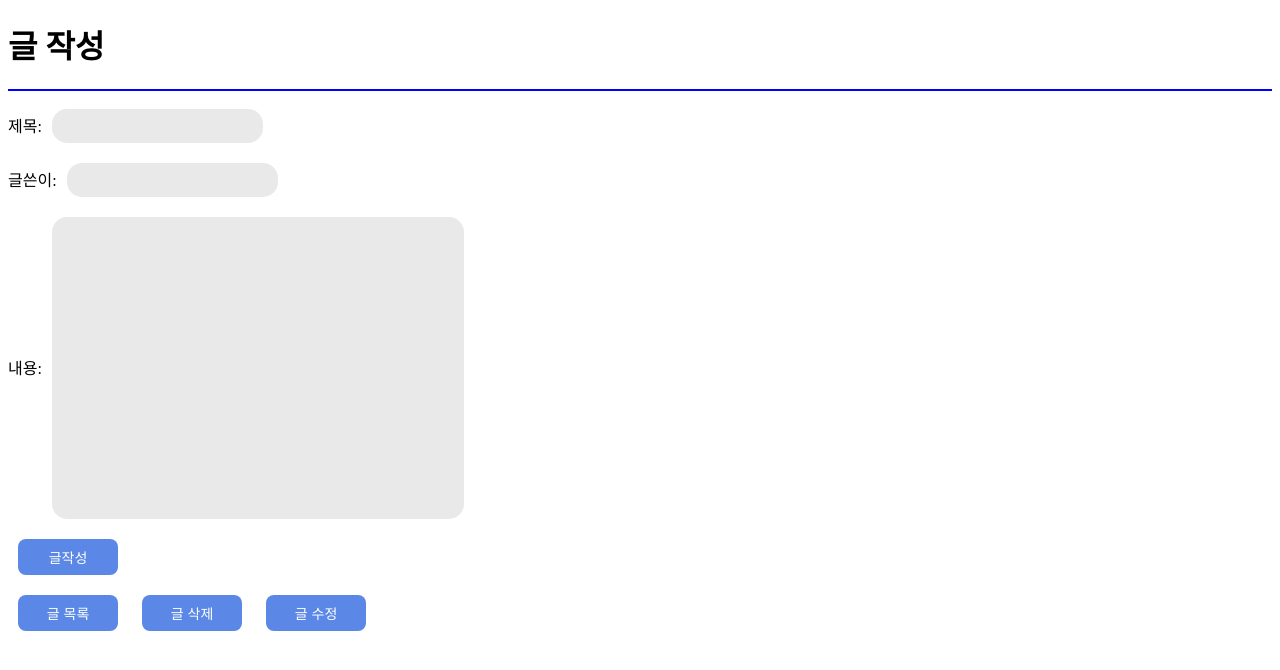
Repository: Yusubin/workEx
Page: test00/src/main/webapp/index.html
The author's editor kept a copy of each file at every save. The page is drawn from the files as they stood at one save, then again after the next save.
The browser window is 1280 px wide. The pictures show the whole page.

Above is the page before, as saved 2022-02-15 09:20:16.

### test00/src/main/webapp/index.html
<!DOCTYPE html>
<html>
	<head>
	<meta charset="UTF-8">
	<title>글쓰기</title>
	<link rel="stylesheet" type="text/css" href="css/style.css">
	<script type="text/javascript">
	   var frm = document.form;
	   function insert(){
	    	var frm = document.form;
	    	if(frm.title.value == ""){
	    		alert('제목을 해주세요.');
	    		return;
	    	}
	    	if(frm.name.value == ""){
	    		alert("작성자 이름을 입력해주세요.");
	    		return;
	    	}
	    	if(frm.content.value == ""){
	    		alert("내용을 입력해주세요.");
	    		return;
	    	}
	    	if(confirm("게시글을 등록 하시겠습니까?")){
	    		frm.submit();
	    	}
	    }

	</script>
	</head>
	<body>
	<h1>글 작성</h1>
	<hr color="blue">
	<form action="create.jsp"  name="form" method="get" >
		제목:<input type="text" name="title"><br>
		글쓴이:<input type="text" name="name"><br>
		내용:<input type="text" name="content" style="width:400px; height:300px"><br>
	</form>
	<button onclick="insert()">글작성</button><br>
	<button onclick="location = 'boardList.jsp';">글 목록</button>
	<button onclick="location = 'deleteForm.html';">글 삭제</button>
	<button onclick="location = 'modifyForm.html';">글 수정</button>

</html>

### test00/src/main/webapp/css/style.css
@charset "UTF-8";

input {

  height: 32px;
  font-size: 15px;
  border: 0;
  border-radius: 15px;
  outline: none;
  padding-left: 10px;
  background-color: rgb(233, 233, 233);
  margin:10px;
}

.container {width:100%;}

.section {
	width:900px;
	margin:0 auto;
}

.bluetop {
	border-collapse: collapse;
	border-top: 3px solid #168;
	width:100%;
}
.bluetop th {
  color: #168;
  background: #f0f6f9;
}
.bluetop th, .bluetop td {
  padding: 10px;
  border: 1px solid #ddd;
}
.bluetop th:first-child, .bluetop td:first-child {
  border-left: 0;
}
.bluetop th:last-child, .bluetop td:last-child {
  border-right: 0;
}

#btn, button{cursor:pointer; width:100px; border:0; border-radius:8px; background:#5B88E7; color:#fff; height:36px; font-size:14px; display:inline-block; text-align:center; line-height:36px; margin:10px;}

/*button*/
.btns {float:right;padding-top:5px;}
.btn_style_submit{width:100px; border:0; border-radius:8px; background:#5B88E7; color:#fff; height:36px; font-size:14px; display:inline-block; text-align:center; line-height:36px;}
.btn_style_cancel{width:100px; border:0; border-radius:8px; background:#000; color:#fff; height:36px; font-size:14px; display:inline-block; text-align:center; line-height:36px;}
.btn_style_edit{width:100px; border:0; border-radius:8px; background:#0BB5C2; color:#fff; height:36px; font-size:14px; display:inline-block; text-align:center; line-height:36px;}
.btn_style_delete{width:100px; border:0; border-radius:8px; background:#000; color:#fff; height:36px; font-size:14px; display:inline-block; text-align:center; line-height:36px;}

After the next save:
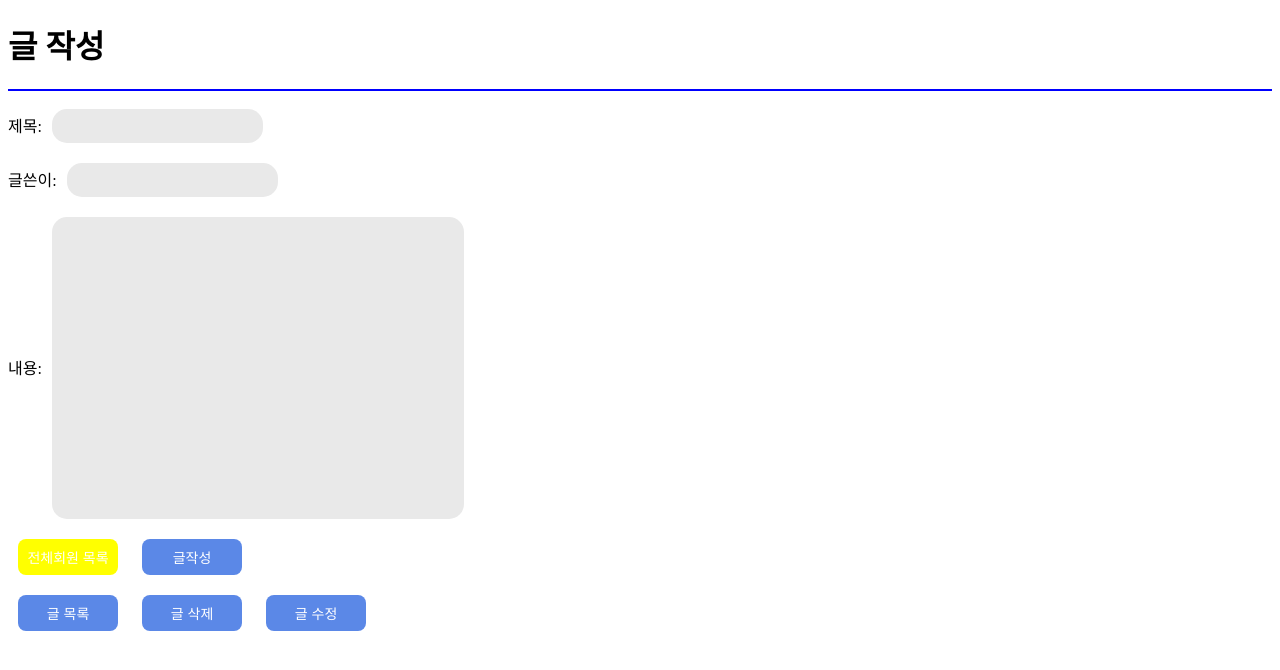
Saved 30 s later.
--- a/test00/src/main/webapp/index.html
+++ b/test00/src/main/webapp/index.html
@@ -35,6 +35,8 @@
 		글쓴이:<input type="text" name="name"><br>
 		내용:<input type="text" name="content" style="width:400px; height:300px"><br>
 	</form>
+
+	<button style="background:yellow;">전체회원 목록</button></a>
 	<button onclick="insert()">글작성</button><br>
 	<button onclick="location = 'boardList.jsp';">글 목록</button>
 	<button onclick="location = 'deleteForm.html';">글 삭제</button>

After the save that followed:
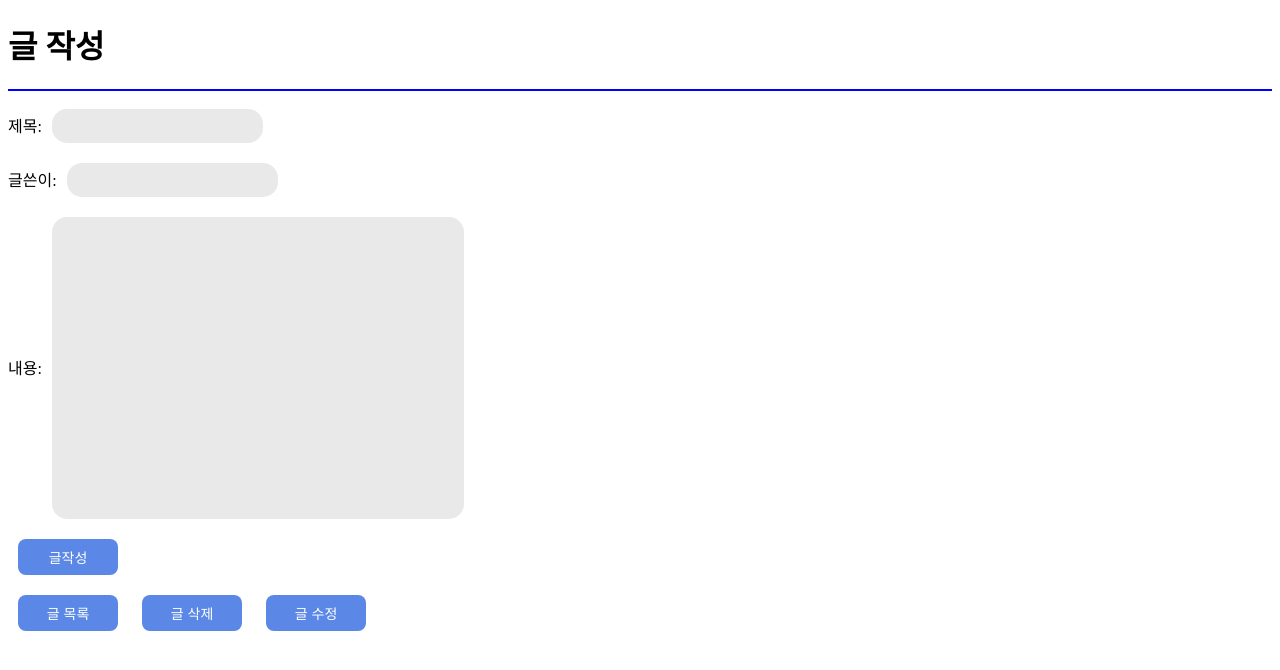
Saved 16 s later.
--- a/test00/src/main/webapp/index.html
+++ b/test00/src/main/webapp/index.html
@@ -36,7 +36,7 @@
 		내용:<input type="text" name="content" style="width:400px; height:300px"><br>
 	</form>
 
-	<button style="background:yellow;">전체회원 목록</button></a>
+
 	<button onclick="insert()">글작성</button><br>
 	<button onclick="location = 'boardList.jsp';">글 목록</button>
 	<button onclick="location = 'deleteForm.html';">글 삭제</button>
